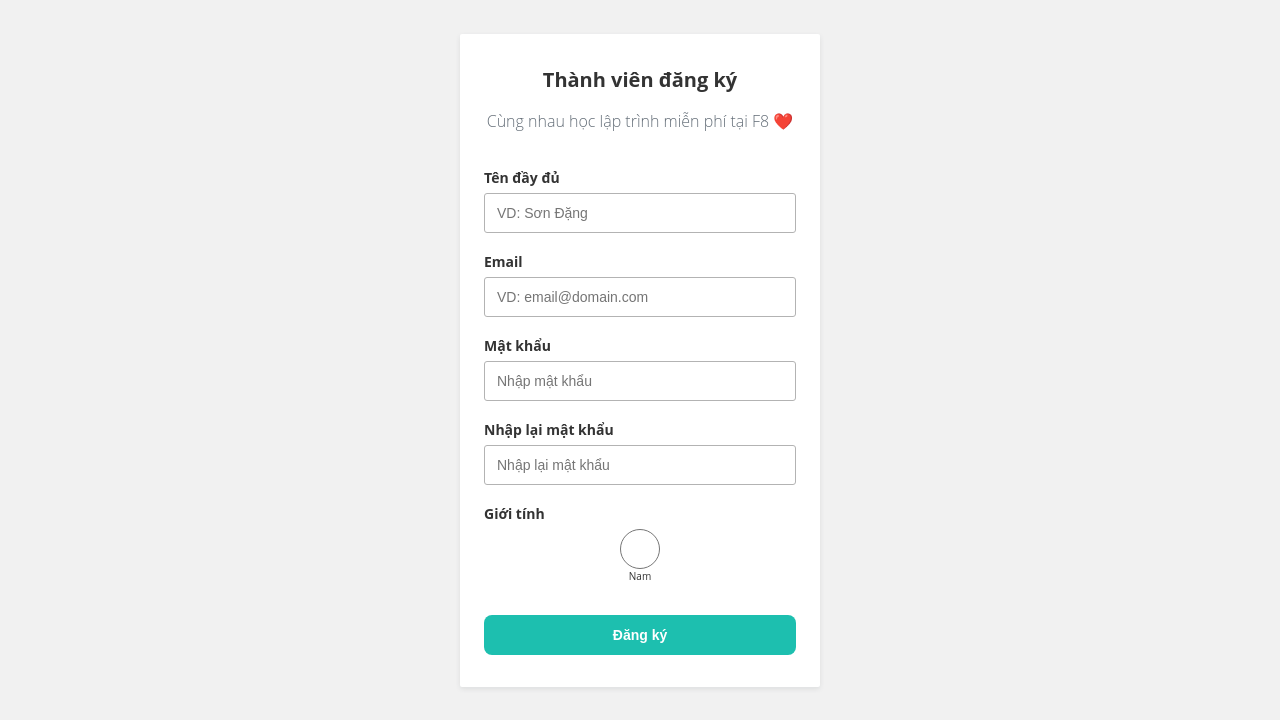
Repository: huudang2840/form-validator
Page: index.html
An editor plug-in stored every save of this project. The page is shown before and after the next save, followed by the edit.
The browser window is 1280 px wide. The pictures show the whole page.

Above is the page before, as saved 2021-10-01 14:57:18.

### index.html
<!DOCTYPE html>
<html lang="en">
  <head>
    <meta charset="UTF-8" />
    <meta http-equiv="X-UA-Compatible" content="IE=edge" />
    <meta name="viewport" content="width=device-width, initial-scale=1.0" />
    <title>Form Validation</title>

    <link rel="stylesheet" href="./style.css" />
  </head>
  <body>
    <div class="main">
      <form action="" method="POST" class="form" id="form-1">
        <h3 class="heading">Thành viên đăng ký</h3>
        <p class="desc">Cùng nhau học lập trình miễn phí tại F8 ❤️</p>

        <div class="spacer"></div>

        <div class="form-group">
          <label for="fullname" class="form-label">Tên đầy đủ</label>
          <input
            id="fullname"
            name="fullname"
            type="text"
            placeholder="VD: Sơn Đặng"
            class="form-control"
          />
          <span class="form-message"></span>
        </div>

        <div class="form-group">
          <label for="email" class="form-label">Email</label>
          <input
            id="email"
            name="email"
            type="text"
            placeholder="VD: email@domain.com"
            class="form-control"
          />
          <span class="form-message"></span>
        </div>

        <div class="form-group">
          <label for="password" class="form-label">Mật khẩu</label>
          <input
            id="password"
            name="password"
            type="password"
            placeholder="Nhập mật khẩu"
            class="form-control"
          />
          <span class="form-message"></span>
        </div>

        <div class="form-group">
          <label for="password_confirmation" class="form-label">Nhập lại mật khẩu</label>
          <input
            id="password_confirmation"
            name="password_confirmation"
            placeholder="Nhập lại mật khẩu"
            type="password"
            class="form-control"
          />
          <span class="form-message"></span>
        </div>
        <!-- Test -->
        <div class="form-group">
          <label for="gender" class="form-label">Giới tính</label>
          <div></div>
          <input name="gender" type="radio" class="form-control" />Nam
          <span class="form-message"></span>
        </div>

        <button class="form-submit">Đăng ký</button>
      </form>
    </div>
    <script src="./validator.js"></script>
    <script>
      Validator({
        form: "#form-1",
        formGroupSelector: ".form-group",
        errorSelector: ".form-message",
        rules: [
          Validator.isRequired("#fullname"),
          Validator.isEmail("#email"),
          Validator.minLength("#password", 6),
          Validator.isRequired("#password_confirmation"),
          Validator.isConfirmed(
            "#password_confirmation",
            function () {
              return document.querySelector("#form-1 #password").value;
            },
            "Mật khẩu nhập lại không chính xác"
          ),
        ],
        onSubmit: function (data) {
          console.log(data);
        },
      });
    </script>
  </body>
</html>

### style.css
* {
  padding: 0;
  margin: 0;
  box-sizing: border-box;
}
html {
  color: #333;
  font-size: 62.5%;
  font-family: "Open Sans", sans-serif;
}
.main {
  background: #f1f1f1;
  min-height: 100vh;
  display: flex;
  justify-content: center;
}
.form {
  width: 360px;
  min-height: 100px;
  padding: 32px 24px;
  text-align: center;
  background: #fff;
  border-radius: 2px;
  margin: 24px;
  align-self: center;
  box-shadow: 0 2px 5px 0 rgba(51, 62, 73, 0.1);
}
.form .heading {
  font-size: 2rem;
}
.form .desc {
  text-align: center;
  color: #636d77;
  font-size: 1.6rem;
  font-weight: lighter;
  line-height: 2.4rem;
  margin-top: 16px;
  font-weight: 300;
}

.form-group {
  display: flex;
  margin-bottom: 16px;
  flex-direction: column;
}

.form-label,
.form-message {
  text-align: left;
}

.form-label {
  font-weight: 700;
  padding-bottom: 6px;
  line-height: 1.8rem;
  font-size: 1.4rem;
}

.form-control {
  height: 40px;
  padding: 8px 12px;
  border: 1px solid #b3b3b3;
  border-radius: 3px;
  outline: none;
  font-size: 1.4rem;
}

.form-control:hover {
  border-color: #1dbfaf;
}

.form-group.invalid .form-control {
  border-color: #f33a58;
}

.form-group.invalid .form-message {
  color: #f33a58;
}

.form-message {
  font-size: 1.2rem;
  line-height: 1.6rem;
  padding: 4px 0 0;
}

.form-submit {
  outline: none;
  background-color: #1dbfaf;
  margin-top: 12px;
  padding: 12px 16px;
  font-weight: 600;
  color: #fff;
  border: none;
  width: 100%;
  font-size: 14px;
  border-radius: 8px;
  cursor: pointer;
}

.form-submit:hover {
  background-color: #1ac7b6;
}

.spacer {
  margin-top: 36px;
}

### validator.js
// Đối tượng
function Validator(options) {
  function getParent(element, selector) {
    while (element.parentElement) {
      if (element.parentElement.matches(selector)) {
        return element.parentElement;
      }
      element = element.parentElement;
    }
  }
  var selectorRules = {};
  // Validate
  function validate(inputElement, rule) {
    var errorElement = getParent(inputElement, options.formGroupSelector).querySelector(
      options.errorSelector
    );
    var errorMessage;
    // Danh sách các rules
    var rules = selectorRules[rule.selector];

    // Xử lí từng rule từ trên xuống
    for (var i = 0; i < rules.length; ++i) {
      errorMessage = rules[i](inputElement.value);
      if (errorMessage) break;
    }

    // Nếu có lỗi thì thực hiện
    if (errorMessage) {
      errorElement.innerText = errorMessage;
      getParent(inputElement, options.formGroupSelector).classList.add("invalid");
    } else {
      errorElement.innerText = "";
      getParent(inputElement, options.formGroupSelector).classList.remove("invalid");
    }

    return !errorMessage;
  }

  //  Lấy element cho việc validate
  var formElement = document.querySelector(options.form);

  if (formElement) {
    formElement.onsubmit = function (e) {
      e.preventDefault();

      var isFormValid = true;

      options.rules.forEach(function (rule) {
        var inputElement = formElement.querySelector(rule.selector);
        var isValid = validate(inputElement, rule);
        if (!isValid) {
          isFormValid = false;
        }
      });

      if (isFormValid) {
        if (typeof options.onSubmit === "function") {
          var enableInputs = formElement.querySelectorAll("[name]");
          var formValues = Array.from(enableInputs).reduce(function (values, input) {
            values[input.name] = input.value;
            return values;
          }, {});

          options.onSubmit(formValues);
        }
      }
    };
    // Lắng nghe các sự kiện trong rules để xử lý(blur, input)
    options.rules.forEach(function (rule) {
      //Lưu lại các rule cho mỗi input
      if (Array.isArray(selectorRules[rule.selector])) {
        selectorRules[rule.selector].push(rule.test);
      } else {
        selectorRules[rule.selector] = [rule.test];
      }
      //   selectorRule[rule.selector] = rule.test;

      var inputElement = formElement.querySelector(rule.selector);

      if (inputElement) {
        //   Xử lý khi blur
        inputElement.onblur = function () {
          validate(inputElement, rule);
        };

        //   Xử lý khi khi đang nhập input
        inputElement.oninput = function () {
          var errorElement = getParent(inputElement, options.formGroupSelector).querySelector(
            options.errorSelector
          );
          errorElement.innerText = "";
          getParent(inputElement, options.formGroupSelector).classList.remove("invalid");
        };
      }
    });
  }
}

// Định nghĩa rules
// Nguyên tắc rule
// 1. Khi có lỗi => trả ra message lỗi
//2. Hợp lệ => Không trả ra gì undefine
Validator.isRequired = function (selector, message) {
  return {
    selector: selector,
    test: function (value) {
      return value.trim() ? undefined : message || "Vui lòng nhập trường này";
    },
  };
};
Validator.isEmail = function (selector, message) {
  return {
    selector: selector,

    test: function (value) {
      var regex =
        /^(([^<>()[\]\\.,;:\s@"]+(\.[^<>()[\]\\.,;:\s@"]+)*)|(".+"))@((\[[0-9]{1,3}\.[0-9]{1,3}\.[0-9]{1,3}\.[0-9]{1,3}\])|(([a-zA-Z\-0-9]+\.)+[a-zA-Z]{2,}))$/;
      return regex.test(value) ? undefined : message || "Trường này phải là email";
    },
  };
};

Validator.minLength = function (selector, min, message) {
  return {
    selector: selector,
    min: min,
    test: function (value) {
      return value.length >= min ? undefined : message || `Mật khẩu phải có tối thiểu ${min} kí tự`;
    },
  };
};

Validator.isConfirmed = function (selector, getConfirmedValue, message) {
  return {
    selector: selector,
    test: function (value) {
      return value === getConfirmedValue()
        ? undefined
        : message || "Mật khẩu không khớp vui lòng nhập lại";
    },
  };
};

After the next save:
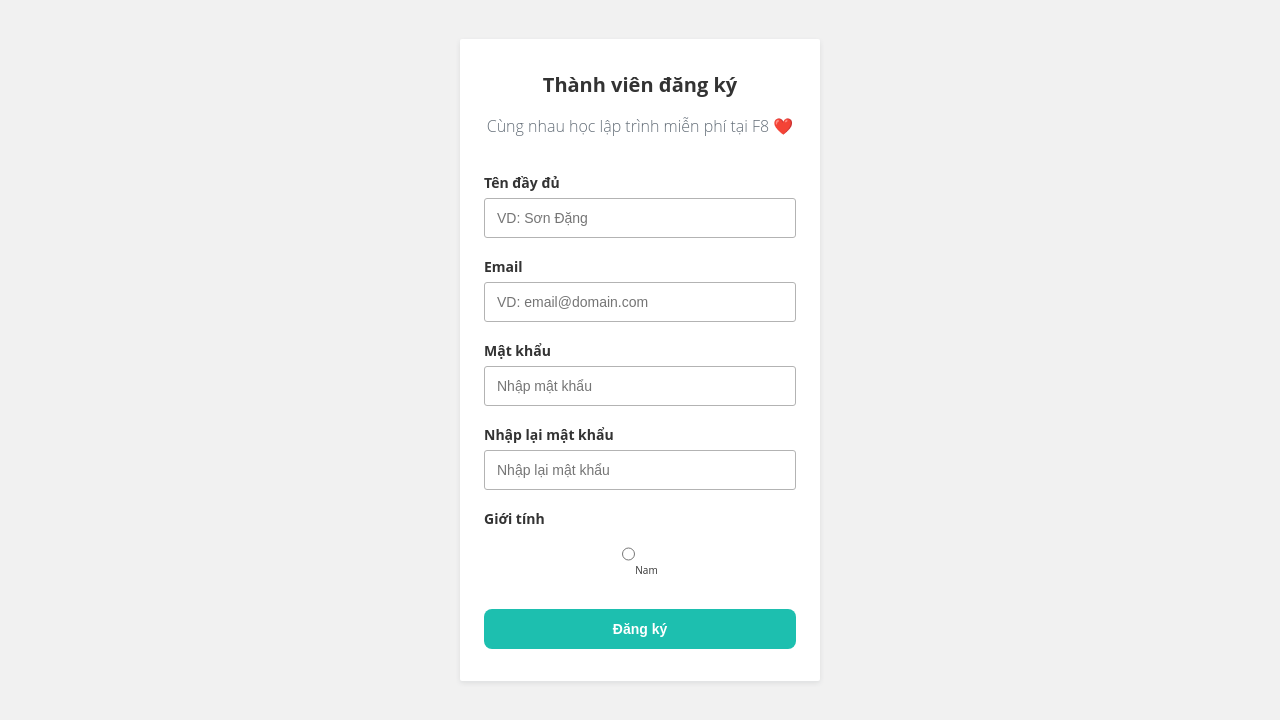
Saved 4 s later.
--- a/index.html
+++ b/index.html
@@ -66,8 +66,7 @@
         <!-- Test -->
         <div class="form-group">
           <label for="gender" class="form-label">Giới tính</label>
-          <div></div>
-          <input name="gender" type="radio" class="form-control" />Nam
+          <div><input name="gender" type="radio" class="form-control" />Nam</div>
           <span class="form-message"></span>
         </div>
 
